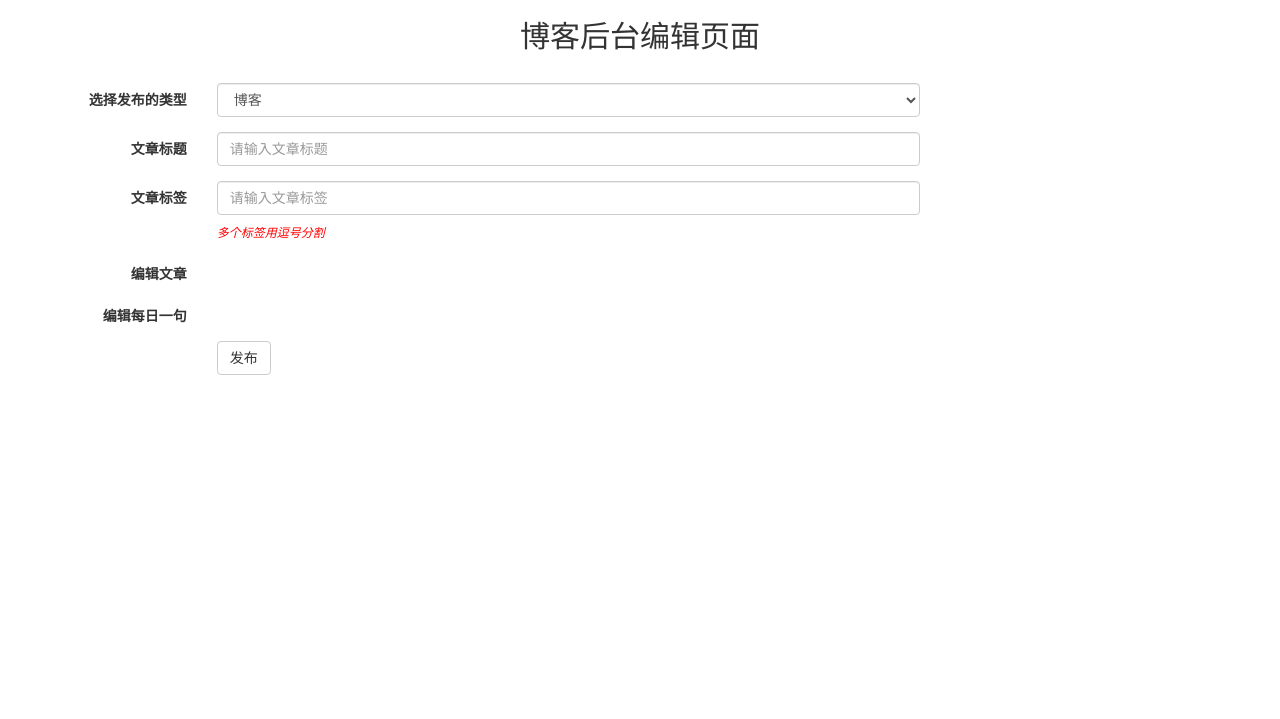
Repository: li1214/my_blog
Page: page/editor_blog_everyday.html
These files come from the project's save history. The page is drawn as it stood at one moment and after the next save; the edit follows.
The browser window is 1280 px wide. The pictures show the whole page.

Above is the page before, as saved 2019-01-07 10:52:11.
Console error: ReferenceError: ditor is not defined

### page/editor_blog_everyday.html
<!DOCTYPE html>
<html lang="en">
<head>
    <meta charset="UTF-8">
    <meta name="viewport" content="width=device-width, initial-scale=1.0">
    <meta http-equiv="X-UA-Compatible" content="ie=edge">
    <title>博客编辑发布</title>
    <link rel='stylesheet'  href='./css/bootstrap-theme.min.css'>
    <script src="./js/wangEditor.min.js"></script>
    <script src='./js/jquery.js'></script>
</head>
<body>
    <div class='container'>
        <h2 style="text-align: center;">博客后台编辑页面</h2>
        <form class="form-horizontal" style='margin-top:30px;width: 850px;'>
            <div class="form-group">
                <label for="inputEmail3" class="col-sm-2 control-label">选择发布的类型</label>
                <div class="col-sm-10">
                    <select class="form-control" id='editorType'>
                        <option value='blog'>博客</option>
                        <option value='everyday'>每日一句</option>
                    </select>
                </div>
            </div>
            <div class='editor-blog' id='blogBox'>
                <div class="form-group">
                    <label for="inputEmail3" class="col-sm-2 control-label">文章标题</label>
                    <div class="col-sm-10">
                        <input type="text" class="form-control" id="title" placeholder="请输入文章标题">
                    </div>
                </div>
                <div class="form-group">
                    <label for="inputPassword3" class="col-sm-2 control-label">文章标签</label>
                    <div class="col-sm-10">
                        <input type="text" class="form-control" id="tags" placeholder="请输入文章标签">
                        <em style="color:red;font-size:12px;margin-top:10px;display: inline-block;"> 多个标签用逗号分割</em>
                    </div>
                </div>
                <div class="form-group">
                    <label for="blog" class="col-sm-2 control-label">编辑文章</label>
                    <div class="col-sm-10">
                        <div id="blog">

                        </div>
                    </div>
                </div>
            </div>
            <div class='editor-everyday' id='everydayEdirot'>
                <div class="form-group">
                    <label for="blog" class="col-sm-2 control-label">编辑每日一句</label>
                    <div class="col-sm-10">
                        <div id="everyday">

                        </div>
                    </div>
                </div>
            </div>
            <div class="form-group">
                <div class="col-sm-offset-2 col-sm-10">
                    <button  class="btn btn-default" id='submit'>发布</button>
                </div>
            </div>
        </form>
    </div>
    <script>

    </script>
    <script src='./js/editor_blog_everyday.js'></script>
</body>
</html>

### page/js/editor_blog_everyday.js
$(function () {
    var E = window.wangEditor
    //创建blog富文本
    var blog = new E('#blog');
    ditor.customConfig.uploadImgShowBase64 = true;
    blog.create()
    //创建每日一句富文本
    var every = new E('#every');
    every.create();
})

Loaded but not shown: page/css/bootstrap-theme.min.css (library); page/js/wangEditor.min.js (library); page/js/jquery.js (library)

After the next save:
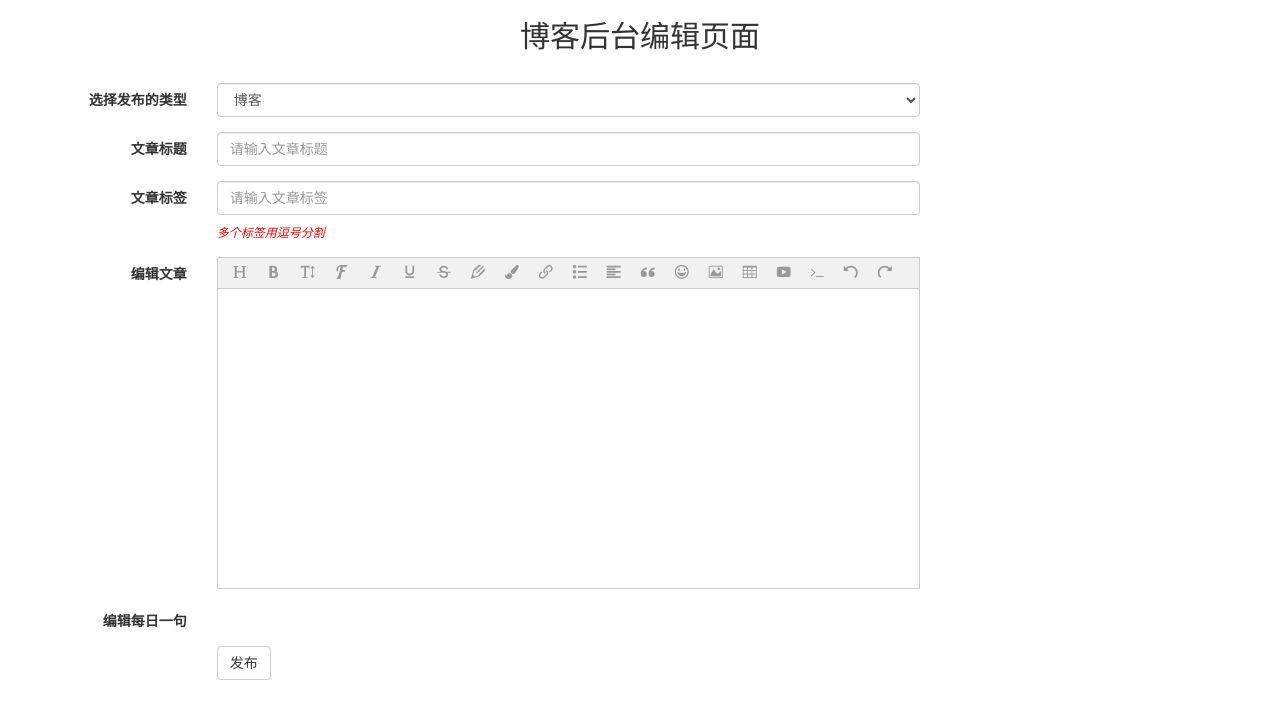
The error is gone.
Saved 17 s later.
--- a/page/js/editor_blog_everyday.js
+++ b/page/js/editor_blog_everyday.js
@@ -2,7 +2,7 @@ $(function () {
     var E = window.wangEditor
     //创建blog富文本
     var blog = new E('#blog');
-    ditor.customConfig.uploadImgShowBase64 = true;
+    blog.customConfig.uploadImgShowBase64 = true;
     blog.create()
     //创建每日一句富文本
     var every = new E('#every');
